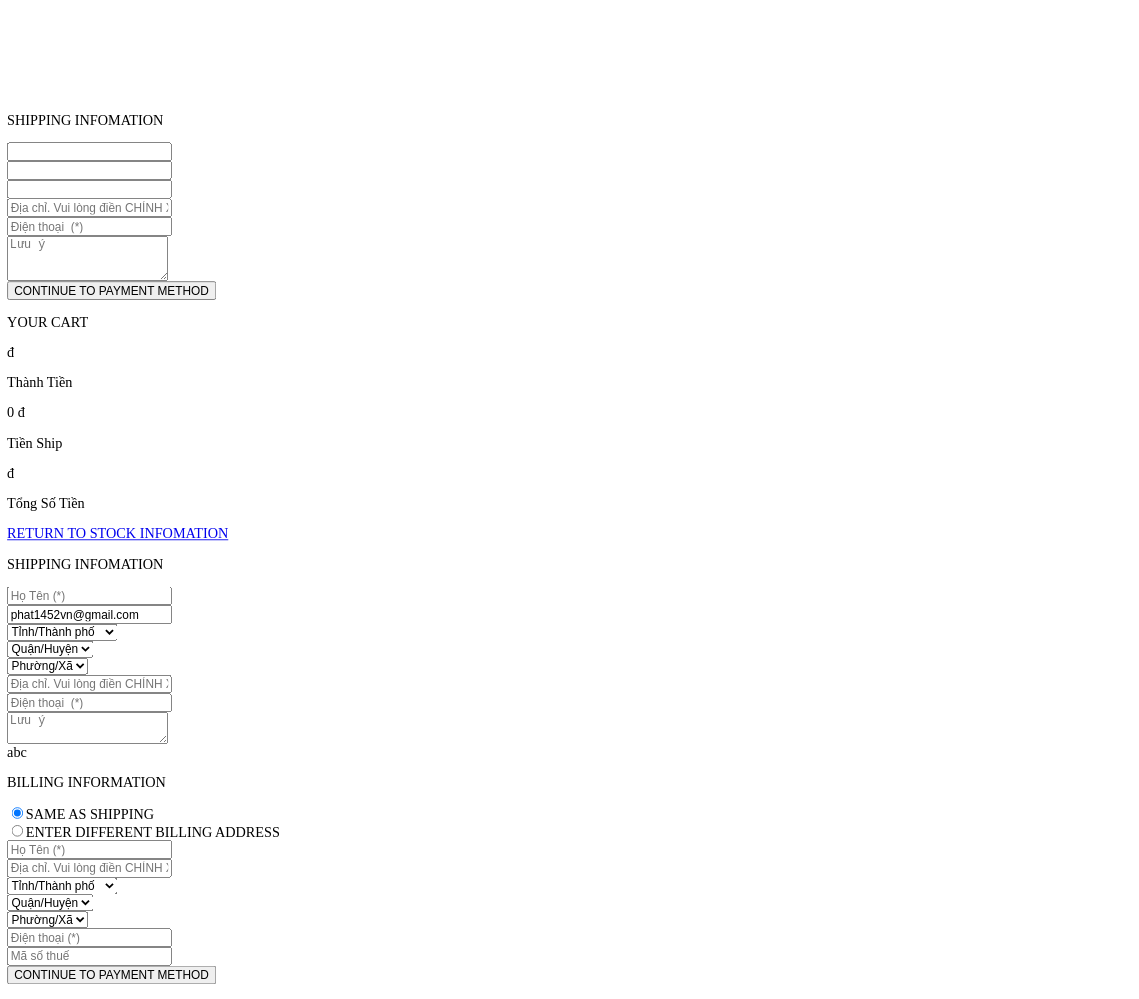
Repository: nguyengiabao245/NHOM3_C2
Page: http://localhost/DoAnJava/WEB-INF/views/order/checkout.jsp
These files come from the project's save history. The page is drawn as it stood at one moment and after the next save; the edit follows.
The browser window is 1280 px wide. The pictures show the whole page, at 89% of full size.
The page is served by Tomcat 9. Nobody is signed in. The template is opened directly, without the code that normally fills it, so the values that code supplies are empty.

Above is the page before, as saved 2022-05-15 12:00:08.

### DoAnJava/src/main/webapp/WEB-INF/views/order/checkout.jsp
<%@ page pageEncoding="utf-8"%>
<%@ taglib uri="http://www.springframework.org/tags/form" prefix="form"%>
<%@ taglib uri="http://java.sun.com/jstl/core_rt" prefix="c"%>
<%@ taglib uri="http://java.sun.com/jstl/fmt_rt" prefix="f"%>

<c:set var="cart" value="${sessionScope['scopedTarget.cartService']}" />

<br />
<div id="container" style="margin-top: 100px">
	<div class="container detail wrap-checkout">
		<div class="checkout__inner clearfix">
			<form:form action="/order/checkout" method="post">
				<div class="checkout__infor">
					<div class="checkout__infor__shipping step-checkout">
						<div class="checkout__infor__user__shipping">
							<p class="font-700 mgB-20 fs-24 mgT-20">SHIPPING INFOMATION</p>


							<form:form action="/order/checkout" modelAttribute="order"
								method="post">
								<div class="frm-item">
									<form:input path="user.fullname" class="form-control" readonly="true" />
								</div>
								<div class="frm-item">
									<form:input path="user.id" class="form-control" readonly="true" />
								</div>
								<div class="frm-item">
									<form:input path="orderDate" class="form-control" />
								</div>
								<div class="frm-item">
									<form:input path="address" class="form-control"
										placeholder="Địa chỉ. Vui lòng điền CHÍNH XÁC 'tầng, số nhà, đường'.  (*)" />
								</div>
								<div class="frm-item">
									<form:input path="telephone" class="form-control"
										placeholder="Điện thoại  (*)" />
								</div>

								<div class="frm-item">

									<form:hidden path="status" class="form-control" />
								</div>
								<div class="frm-item">
									<form:textarea path="description" rows="3" class="form-control"
										placeholder="Lưu ý" />
								</div>
								<div class="text-center mgT-30">
									<button class="btn__conti--pay">CONTINUE TO PAYMENT
										METHOD</button>

								</div>

							</form:form>
						</div>

					</div>
				</div>
				<div class="checkout__inforpro">
					<p class="font-700 mgB-30 text-center fs-17">YOUR CART</p>
					<c:forEach var="p"
						items="${sessionScope['scopedTarget.cartService'].items}">

						<div class="clearfix checkout__inforpro-detail 23323">
							<div class="font-600 fs-14 mgB-10">
								<a href="/product/detail/${p.id}"> ${p.name} </a>
							</div>

							<div class="font-600 fs-11 justifyAround mgB-5">
								<em>SIZE:</em>
								<div>6.5W US</div>
							</div>
							<div class="up__down--qty font-600 fs-11 justifyAround">
								<em>QTY:</em>
								<div>

									<span class="qty__val">${p.quantity}</span> <input
										name="quantity_select" class="quantity_select" type="hidden"
										value="1">
								</div>
							</div>
							<div class="font-600 fs-11 justifyAround mgB-5">
								<em>Thành Tiền:</em>
								<div>
									đ
									<f:formatNumber value="${p.quantity * p.unitPrice}"
										pattern="#,###" />
								</div>
							</div>
							<div class="font-600 fs-11 justifyAround mgB-5">
								<em>Giá Đã Giảm:</em>
								<div>
									đ
									<f:formatNumber value="${p.unitPrice * (1 - p.discount)}"
										pattern="#,###" />
								</div>
							</div>
							<div class="promoCode">
								<a href="" class="removeCoupon hide"><span
									class="icon-uniF335"></span></a>
								<div class="frm-item">
									<input type="text" placeholder="PROMO CODE"
										name="coupon_code[37473]" value="">
									<div class="error">Mã Khuyến Mãi không phù hợp</div>
								</div>
								<div class="btnApply">
									<button>APPLY</button>
								</div>
							</div>
						</div>
					</c:forEach>
					<div class="clearfix mgB-10">
						<p class="pull-right font-600 fs-12">
							đ
							<f:formatNumber value="${cart.amount}" pattern="#,###" />
						</p>
						<p class="font-600 fs-12">Thành Tiền</p>
					</div>

					<div class="clearfix mgB-10">
						<p class="pull-right font-700 fs-12">0 đ</p>
						<p class="font-700 fs-12">Tiền Ship</p>
					</div>
					<div class="clearfix mgB-40">
						<p class="pull-right font-700 fs-17">
							đ
							<f:formatNumber value="${cart.amount}" pattern="#,###" />
						</p>
						<p class="font-700 fs-17">Tổng Số Tiền</p>
					</div>
					<div class="backLink">
						<a href="/home"><span class="glyphicon glyphicon-menu-left"></span>RETURN
							TO STOCK INFOMATION</a>
					</div>

				</div>
			</form:form>
		</div>
	</div>
</div>


<div id="container">
	<div class="container detail wrap-checkout">
		<div class="checkout__inner clearfix">
			<form action="https://www.glab.vn/order/checkout/step2" method="post">
				<input type="hidden" name="_token"
					value="xzCqNfcC2Q0GvOK0ZmysHSUba4oxn7xKgy9cQJ0A">
				<div class="checkout__infor">
					<div class="checkout__infor__shipping step-checkout">
						<div class="checkout__infor__user__shipping">
							<p class="font-700 mgB-20 fs-24 mgT-20">SHIPPING INFOMATION</p>

							<div class="frm-item">
								<input name="shipping_name" placeholder="Họ Tên (*)"
									class="form-control" type="text" value="">
							</div>
							<div class="frm-item">
								<input name="email" placeholder="Email" class="form-control"
									type="text" value="phat1452vn@gmail.com">
							</div>
							<div class="frm-item same-city">
								<select class="select-city" data-child="district"
									name="shipping_city_id"><option value="0">Tỉnh/Thành
										phố</option>
									<option value="1">Hồ Chí Minh</option>
									<option value="2">Hà Nội</option>
									<option value="3">Bình Dương</option>
									<option value="4">Đà Nẵng</option>
									<option value="5">Hải Phòng</option>
									<option value="6">Long An</option>
									<option value="7">Bà Rịa Vũng Tàu</option>
									<option value="8">An Giang</option>
									<option value="9">Bắc Giang</option>
									<option value="10">Bắc Kạn</option>
									<option value="11">Bạc Liêu</option>
									<option value="12">Bắc Ninh</option>
									<option value="13">Bến Tre</option>
									<option value="14">Bình Định</option>
									<option value="15">Bình Phước</option>
									<option value="16">Bình Thuận</option>
									<option value="17">Cà Mau</option>
									<option value="18">Cần Thơ</option>
									<option value="19">Cao Bằng</option>
									<option value="20">Đắk Lắk</option>
									<option value="21">Đắk Nông</option>
									<option value="22">Điện Biên</option>
									<option value="23">Đồng Nai</option>
									<option value="24">Đồng Tháp</option>
									<option value="25">Gia Lai</option>
									<option value="26">Hà Giang</option>
									<option value="27">Hà Nam</option>
									<option value="28">Hà Tĩnh</option>
									<option value="29">Hải Dương</option>
									<option value="30">Hậu Giang</option>
									<option value="31">Hòa Bình</option>
									<option value="32">Hưng Yên</option>
									<option value="33">Khánh Hòa</option>
									<option value="34">Kiên Giang</option>
									<option value="35">Kon Tum</option>
									<option value="36">Lai Châu</option>
									<option value="37">Lâm Đồng</option>
									<option value="38">Lạng Sơn</option>
									<option value="39">Lào Cai</option>
									<option value="40">Nam Định</option>
									<option value="41">Nghệ An</option>
									<option value="42">Ninh Bình</option>
									<option value="43">Ninh Thuận</option>
									<option value="44">Phú Thọ</option>
									<option value="45">Phú Yên</option>
									<option value="46">Quảng Bình</option>
									<option value="47">Quảng Nam</option>
									<option value="48">Quảng Ngãi</option>
									<option value="49">Quảng Ninh</option>
									<option value="50">Quảng Trị</option>
									<option value="51">Sóc Trăng</option>
									<option value="52">Sơn La</option>
									<option value="53">Tây Ninh</option>
									<option value="54">Thái Bình</option>
									<option value="55">Thái Nguyên</option>
									<option value="56">Thanh Hóa</option>
									<option value="57">Thừa Thiên Huế</option>
									<option value="58">Tiền Giang</option>
									<option value="59">Trà Vinh</option>
									<option value="60">Tuyên Quang</option>
									<option value="61">Vĩnh Long</option>
									<option value="62">Vĩnh Phúc</option>
									<option value="63">Yên Bái</option></select>
							</div>
							<div class="frm-item same-district">
								<select class="select-district" data-child="ward"
									name="shipping_district_id"><option value="0">Quận/Huyện</option></select>
							</div>
							<div class="frm-item same-ward">
								<select class="select-ward" name="shipping_ward_id"><option
										value="0">Phường/Xã</option></select>
							</div>
							<div class="frm-item">
								<input name="shipping_address"
									placeholder="Địa chỉ. Vui lòng điền CHÍNH XÁC 'tầng, số nhà, đường'.  (*)"
									class="form-control" type="text" value="">
							</div>
							<div class="frm-item">
								<input name="shipping_phone" placeholder="Điện thoại  (*)"
									class="form-control" type="number" value="">
							</div>
							<div class="frm-item">
								<textarea class="form-control" name="comment"
									placeholder="Lưu ý"></textarea>
								<div class="error">abc</div>
							</div>
						</div>

						<div class="checkout__infor__user__billing hide">
							<p class="font-700 mgB-20 fs-24 mgT-40">BILLING INFORMATION</p>
							<div class="row mgB-20">
								<div class="col-sm-6">
									<label for="" class="frm"> <input type="radio"
										name="chk-same-info" checked value="1">SAME AS
										SHIPPING
									</label>
								</div>
								<div class="col-sm-6">
									<label for="" class="frm"> <input type="radio"
										name="chk-same-info" value="0">ENTER DIFFERENT BILLING
										ADDRESS
									</label>
								</div>
							</div>
							<div class="frm-item">
								<input name="billing_name" placeholder="Họ Tên (*)"
									class="form-control" type="text" value="">
							</div>
							<div class="frm-item">
								<input name="billing_address"
									placeholder="Địa chỉ. Vui lòng điền CHÍNH XÁC 'tầng, số nhà, đường'. (*)"
									class="form-control" type="text" value="">
							</div>
							<div class="frm-item same-city">
								<select class="select-city" data-child="district"
									name="billing_city_id"><option value="0">Tỉnh/Thành
										phố</option>
									<option value="1">Hồ Chí Minh</option>
									<option value="2">Hà Nội</option>
									<option value="3">Bình Dương</option>
									<option value="4">Đà Nẵng</option>
									<option value="5">Hải Phòng</option>
									<option value="6">Long An</option>
									<option value="7">Bà Rịa Vũng Tàu</option>
									<option value="8">An Giang</option>
									<option value="9">Bắc Giang</option>
									<option value="10">Bắc Kạn</option>
									<option value="11">Bạc Liêu</option>
									<option value="12">Bắc Ninh</option>
									<option value="13">Bến Tre</option>
									<option value="14">Bình Định</option>
									<option value="15">Bình Phước</option>
									<option value="16">Bình Thuận</option>
									<option value="17">Cà Mau</option>
									<option value="18">Cần Thơ</option>
									<option value="19">Cao Bằng</option>
									<option value="20">Đắk Lắk</option>
									<option value="21">Đắk Nông</option>
									<option value="22">Điện Biên</option>
									<option value="23">Đồng Nai</option>
									<option value="24">Đồng Tháp</option>
									<option value="25">Gia Lai</option>
									<option value="26">Hà Giang</option>
									<option value="27">Hà Nam</option>
									<option value="28">Hà Tĩnh</option>
									<option value="29">Hải Dương</option>
									<option value="30">Hậu Giang</option>
									<option value="31">Hòa Bình</option>
									<option value="32">Hưng Yên</option>
									<option value="33">Khánh Hòa</option>
									<option value="34">Kiên Giang</option>
									<option value="35">Kon Tum</option>
									<option value="36">Lai Châu</option>
									<option value="37">Lâm Đồng</option>
									<option value="38">Lạng Sơn</option>
									<option value="39">Lào Cai</option>
									<option value="40">Nam Định</option>
									<option value="41">Nghệ An</option>
									<option value="42">Ninh Bình</option>
									<option value="43">Ninh Thuận</option>
									<option value="44">Phú Thọ</option>
									<option value="45">Phú Yên</option>
									<option value="46">Quảng Bình</option>
									<option value="47">Quảng Nam</option>
									<option value="48">Quảng Ngãi</option>
									<option value="49">Quảng Ninh</option>
									<option value="50">Quảng Trị</option>
									<option value="51">Sóc Trăng</option>
									<option value="52">Sơn La</option>
									<option value="53">Tây Ninh</option>
									<option value="54">Thái Bình</option>
									<option value="55">Thái Nguyên</option>
									<option value="56">Thanh Hóa</option>
									<option value="57">Thừa Thiên Huế</option>
									<option value="58">Tiền Giang</option>
									<option value="59">Trà Vinh</option>
									<option value="60">Tuyên Quang</option>
									<option value="61">Vĩnh Long</option>
									<option value="62">Vĩnh Phúc</option>
									<option value="63">Yên Bái</option></select>
							</div>
							<div class="frm-item same-district">
								<select class="select-district" data-child="ward"
									name="billing_district_id"><option value="0">Quận/Huyện</option></select>
							</div>
							<div class="frm-item same-ward">
								<select class="select-ward" name="billing_ward_id"><option
										value="0">Phường/Xã</option></select>
							</div>
							<div class="frm-item">
								<input name="billing_phone" placeholder="Điện thoại (*)"
									class="form-control" type="number" value="">
							</div>
							<div class="frm-item">
								<input name="billing_tax_code" placeholder="Mã số thuế"
									class="form-control" type="text" value="">
							</div>
						</div>
						<div class="text-center mgT-30">
							<button class="btn__conti--pay">CONTINUE TO PAYMENT
								METHOD</button>
						</div>
					</div>
				</div>

			</form>
		</div>
	</div>
</div>

After the next save:
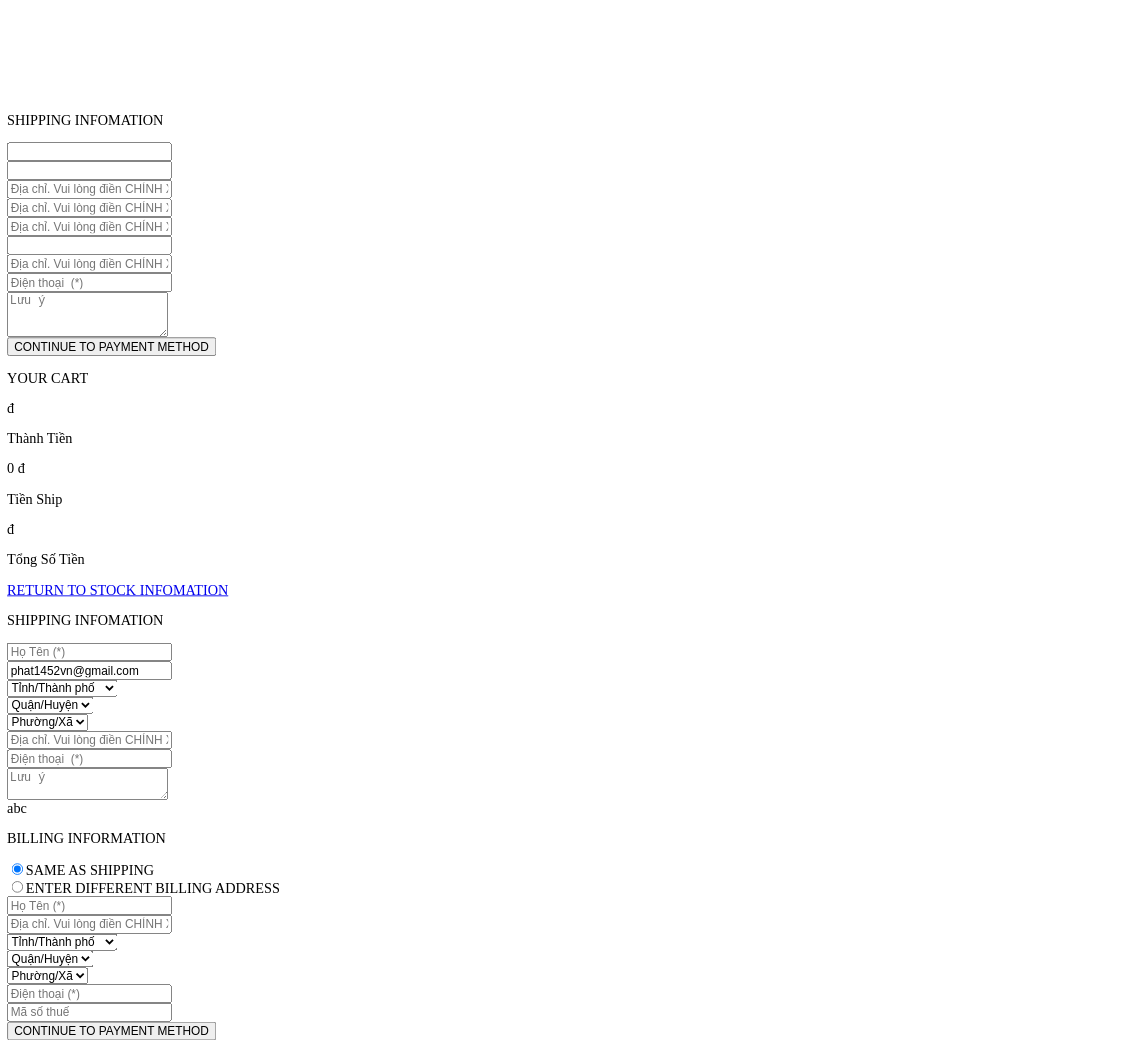
Saved 27 s later.
--- a/DoAnJava/src/main/webapp/WEB-INF/views/order/checkout.jsp
+++ b/DoAnJava/src/main/webapp/WEB-INF/views/order/checkout.jsp
@@ -23,6 +23,18 @@
 								</div>
 								<div class="frm-item">
 									<form:input path="user.id" class="form-control" readonly="true" />
+								</div>
+								<div class="frm-item">
+									<form:input path="address" class="form-control"
+										placeholder="Địa chỉ. Vui lòng điền CHÍNH XÁC 'tầng, số nhà, đường'.  (*)" />
+								</div>
+								<div class="frm-item">
+									<form:input path="address" class="form-control"
+										placeholder="Địa chỉ. Vui lòng điền CHÍNH XÁC 'tầng, số nhà, đường'.  (*)" />
+								</div>
+								<div class="frm-item">
+									<form:input path="address" class="form-control"
+										placeholder="Địa chỉ. Vui lòng điền CHÍNH XÁC 'tầng, số nhà, đường'.  (*)" />
 								</div>
 								<div class="frm-item">
 									<form:input path="orderDate" class="form-control" />
